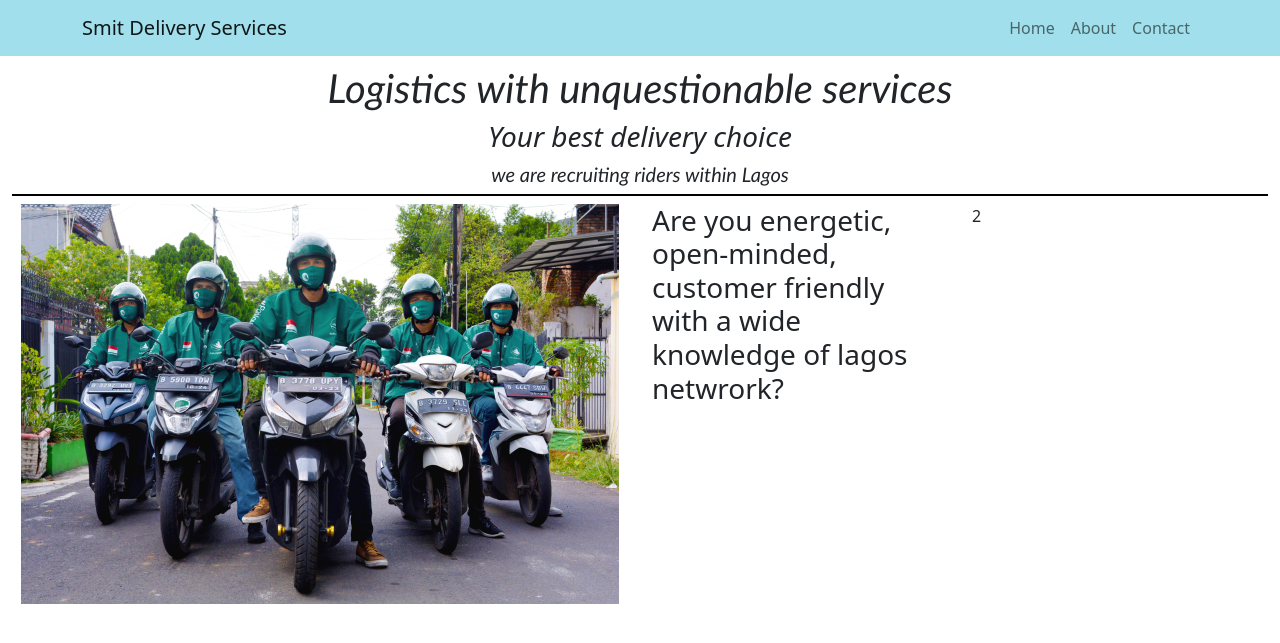
Repository: smit1298/logistic
Page: /
The author's editor kept a copy of each file at every save. The page is drawn from the files as they stood at one save, then again after a run of saves.
The browser window is 1280 px wide. The pictures show the whole page.
The project was rebuilt for these pictures with package versions that can differ from the ones it lists, and the page was loaded fresh each time.

Above is the page before, as saved 2021-10-04 08:22:20.

After the next 2 saves:
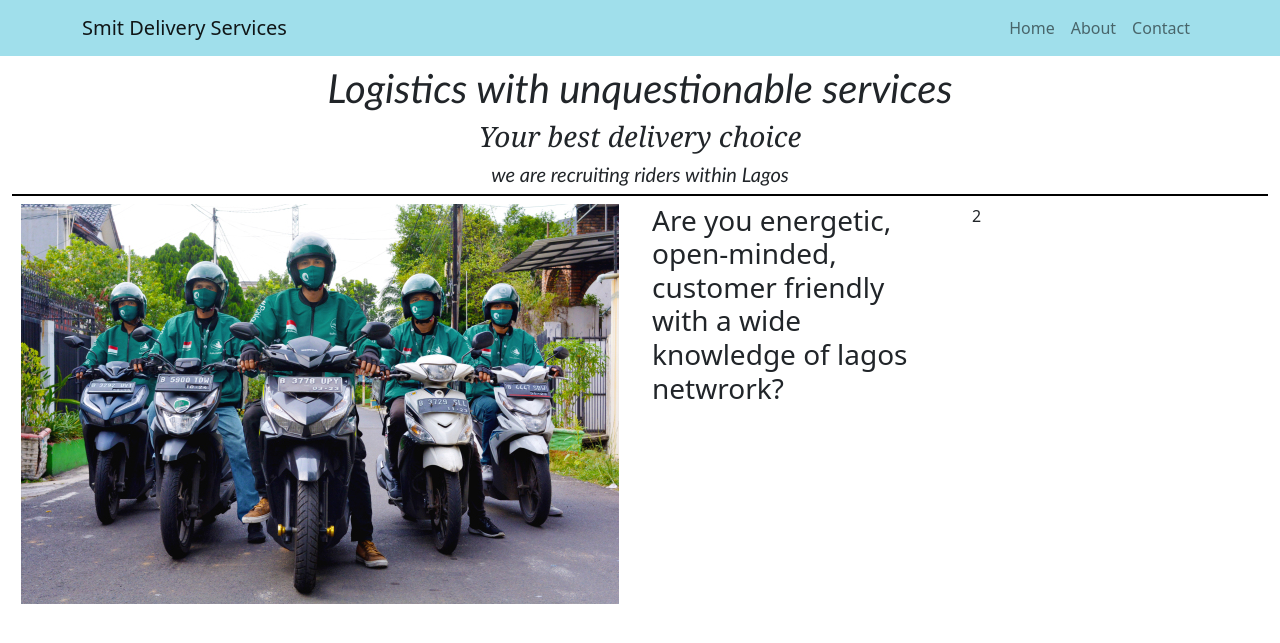
The 2 saves are shown as one change because they came seconds apart.
The last was saved 35 s later.
--- a/src/components/recruit/RecruitForm.css
+++ b/src/components/recruit/RecruitForm.css
@@ -20,7 +20,7 @@ font-family: 'Gill Sans', 'Gill Sans MT', Calibri, 'Trebuchet MS', sans-serif !i
 font-style: italic !important;
 }
 #top h3{
-font-family:'Georgia, 'Times New Roman', Times, serif';
+font-family:'Georgia', 'Times New Roman', 'Times, serif';
 font-style: italic !important;
 }
 #top h5{
